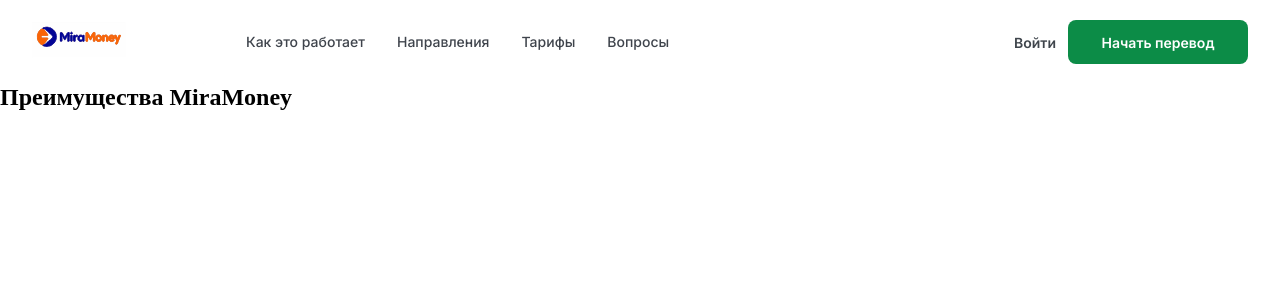
Repository: Shaiyr1/mira-money
Page: index.html
An editor plug-in stored every save of this project. The page is shown before and after a run of saves, followed by the edit.
The browser window is 1280 px wide. The pictures show the whole page.

Above is the page before, as saved 2026-10-20 16:20:10.

After the next 7 saves:
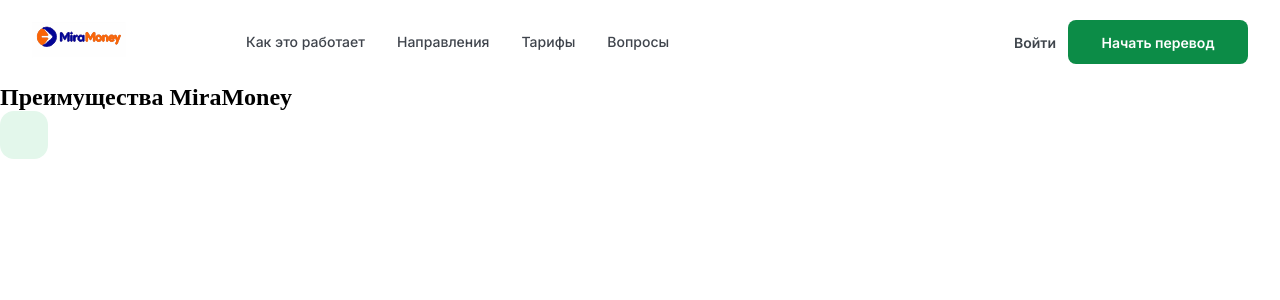
The 7 saves are shown as one change because they came seconds apart.
The last was saved 61 s later.
--- a/index.html
+++ b/index.html
@@ -46,7 +46,7 @@
                 </h2>
                 <div class="advantages-blocks">
                     <div class="advantages-block">
-
+                        <img src="./src/img/icon.svg" alt="icon">
                     </div>
                 </div>
             </div>
